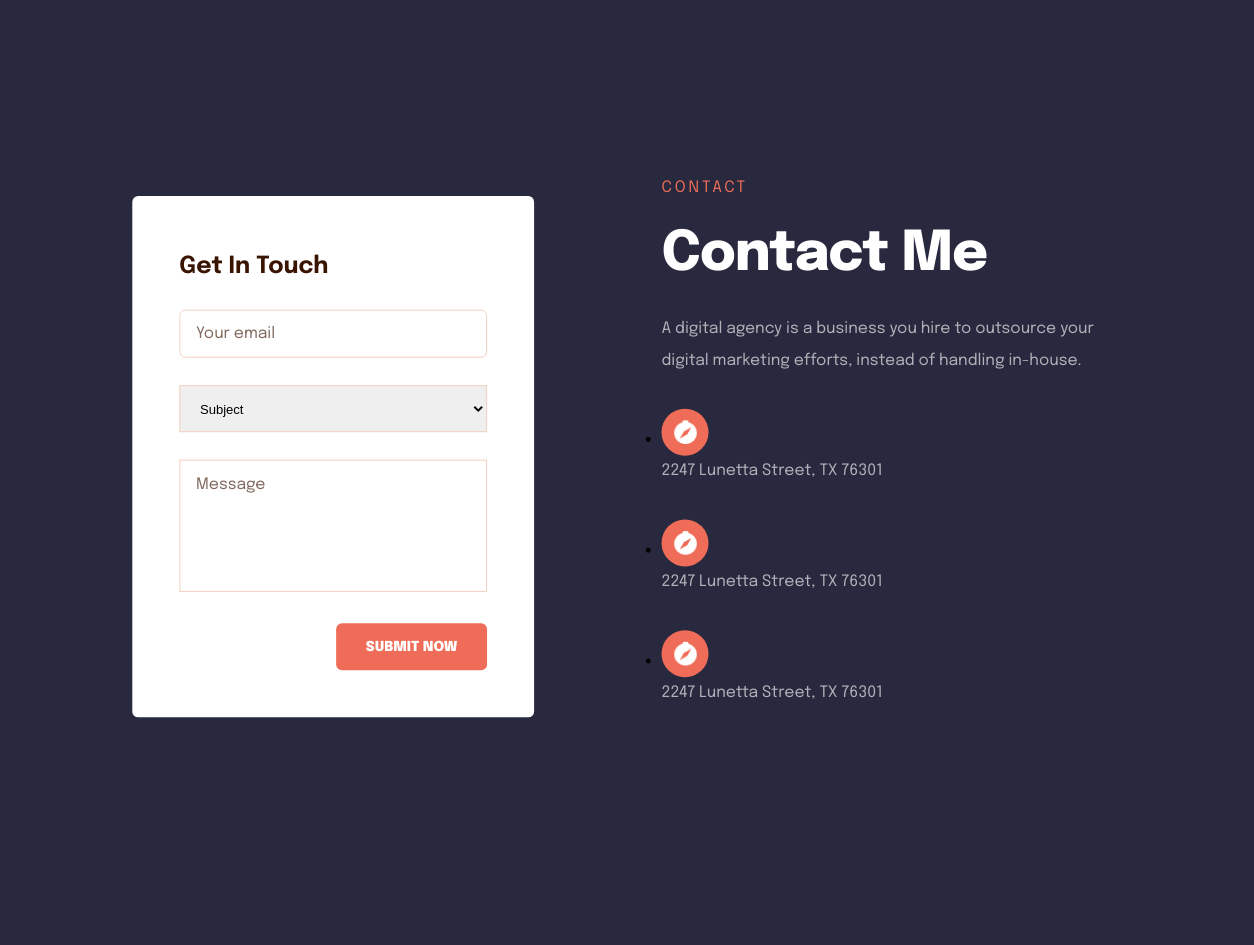
Repository: simralgasimov/contact-me
Page: index.html
These files come from the project's save history. The page is drawn as it stood at one moment and after a run of saves; the edit follows.
The browser window is 1280 px wide. The pictures show the whole page, at 98% of full size.

Above is the page before, as saved 2023-10-04 13:41:30.

After the next 2 saves:
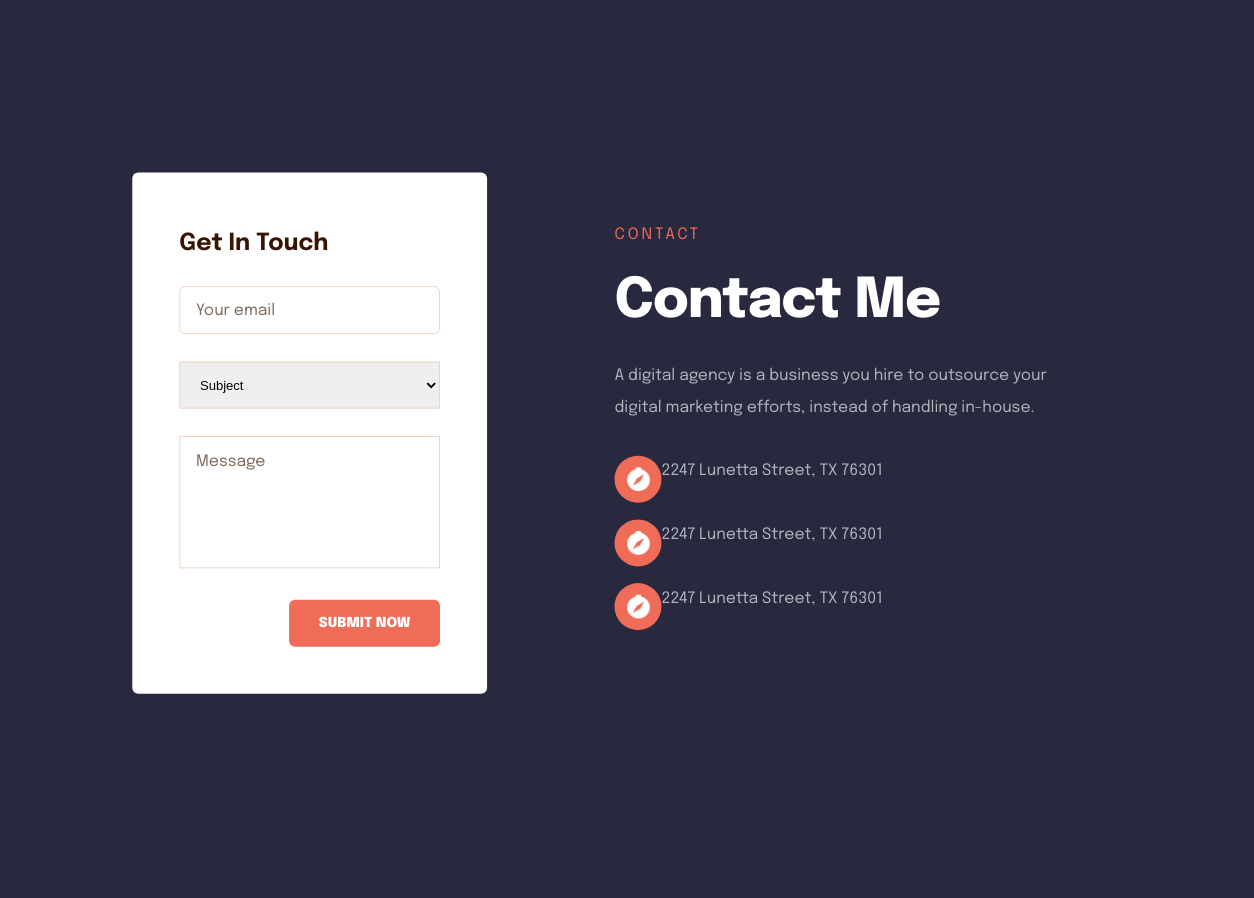
The 2 saves are shown as one change because they came seconds apart.
The last was saved 7 s later.
--- a/index.css
+++ b/index.css
@@ -167,5 +167,6 @@
 }
 
 .container ul li{
-  lis
+  list-style-type: none;
+  display: flex;
 }
